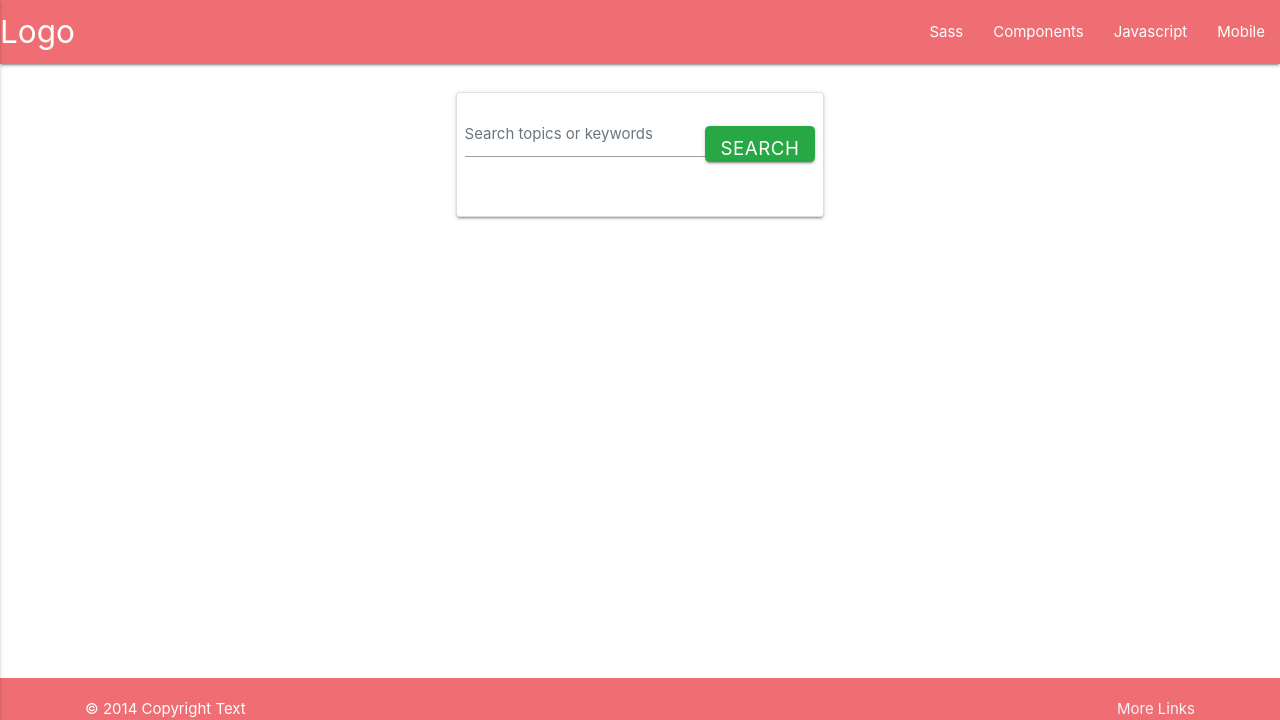
Repository: Lemoenskil/Milestone_project_3_Garden_planner
Page: http://localhost/
The author's editor kept a record of every edit. The page is drawn from the files as they stood at one moment, then again after the next edit.
The browser window is 1280 px wide. The pictures show the whole page.
Some web libraries are served in a nearby version. The page is served by the project's application, run on Flask 3 (app.py). Queries for data that is not in the repository find no rows.

Above is the page before.

After the next edit:
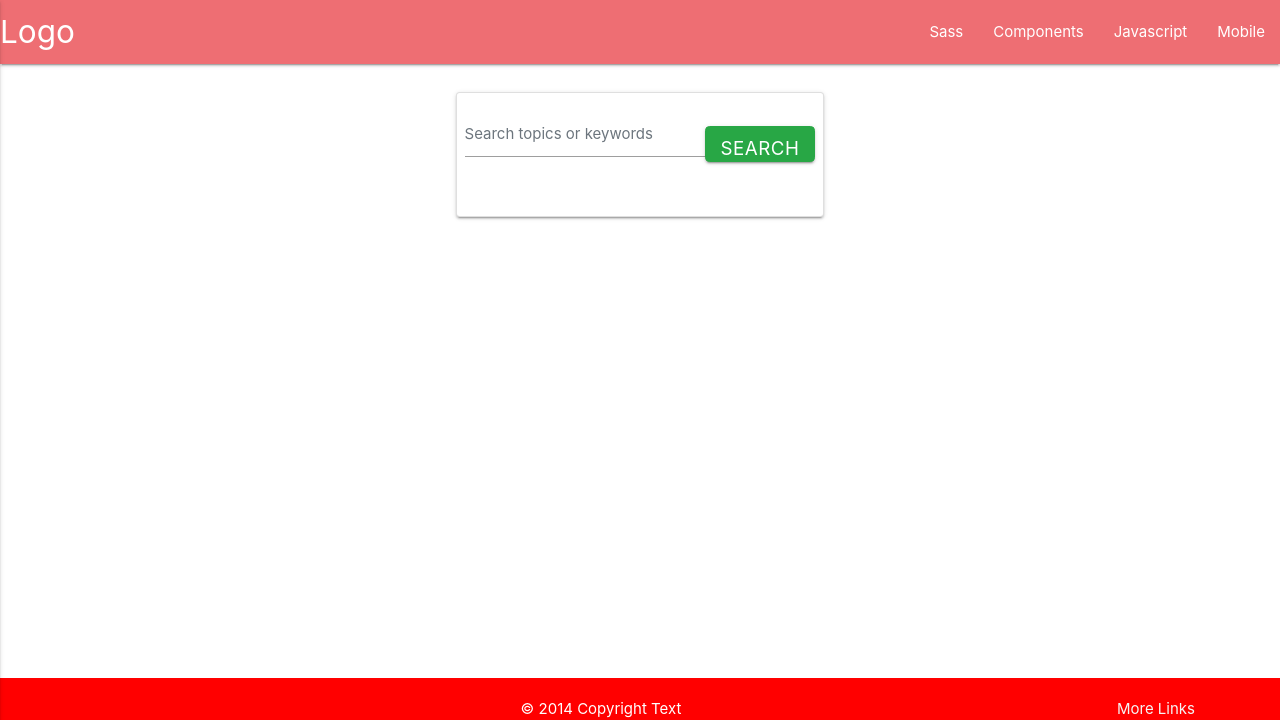
The edit:
--- a/static/css/style.css
+++ b/static/css/style.css
@@ -17,15 +17,23 @@
 }
 
 
-/*@media(max-width: 769px){
-  .card{
-    display: none;
-  }
+body {
+  display: flex;
+  min-height: 100vh;
+  flex-direction: column;
+}
+
+main {
+  flex: 1 0 auto;
 }
 
 
-@media(min-width: 769px){
- #carouselExampleIndicators {
-    display: none;
-  }
-}*/
+.page-footer{
+    position: fixed;
+   left: 0;
+   bottom: 0;
+   width: 100%;
+   background-color: red;
+   color: white;
+   text-align: center;
+}
